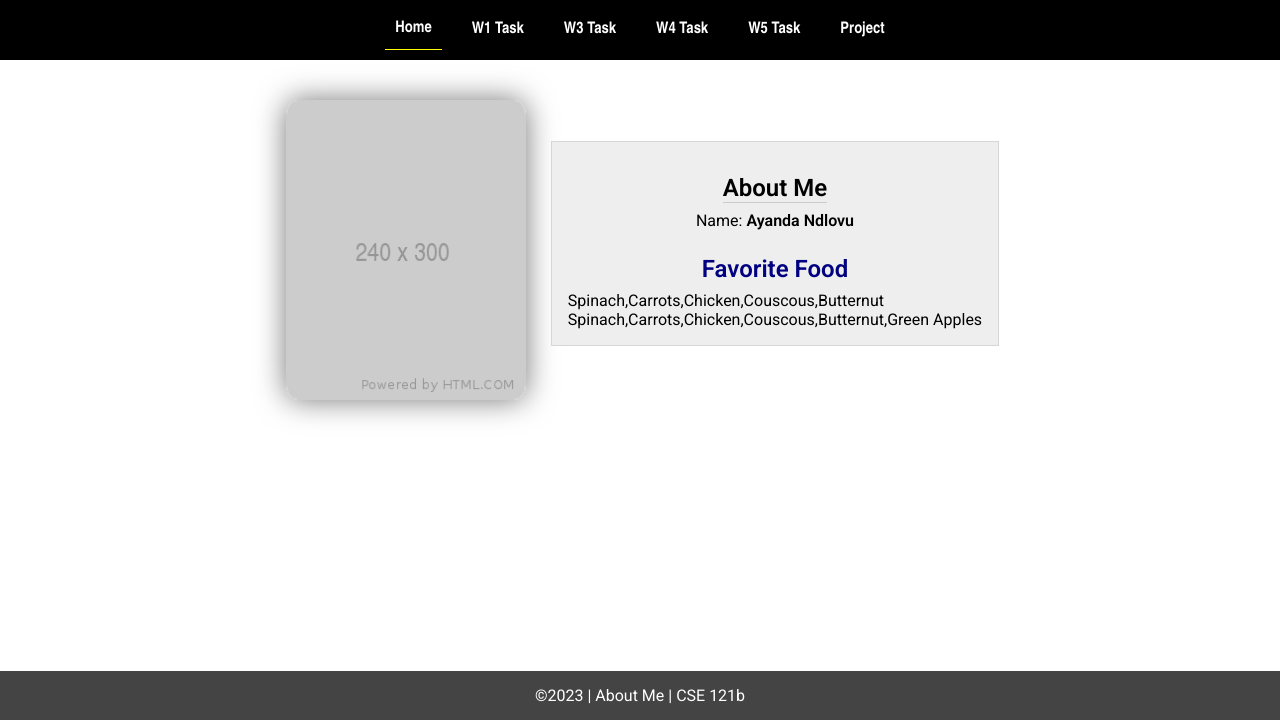
Repository: mszakutumela/cse121b
Page: index.html
These files come from the project's save history. The page is drawn as it stood at one moment and after a run of saves; the edit follows.
The browser window is 1280 px wide. The pictures show the whole page.

Above is the page before, as saved 2023-10-07 15:50:40.

After the next 3 saves:
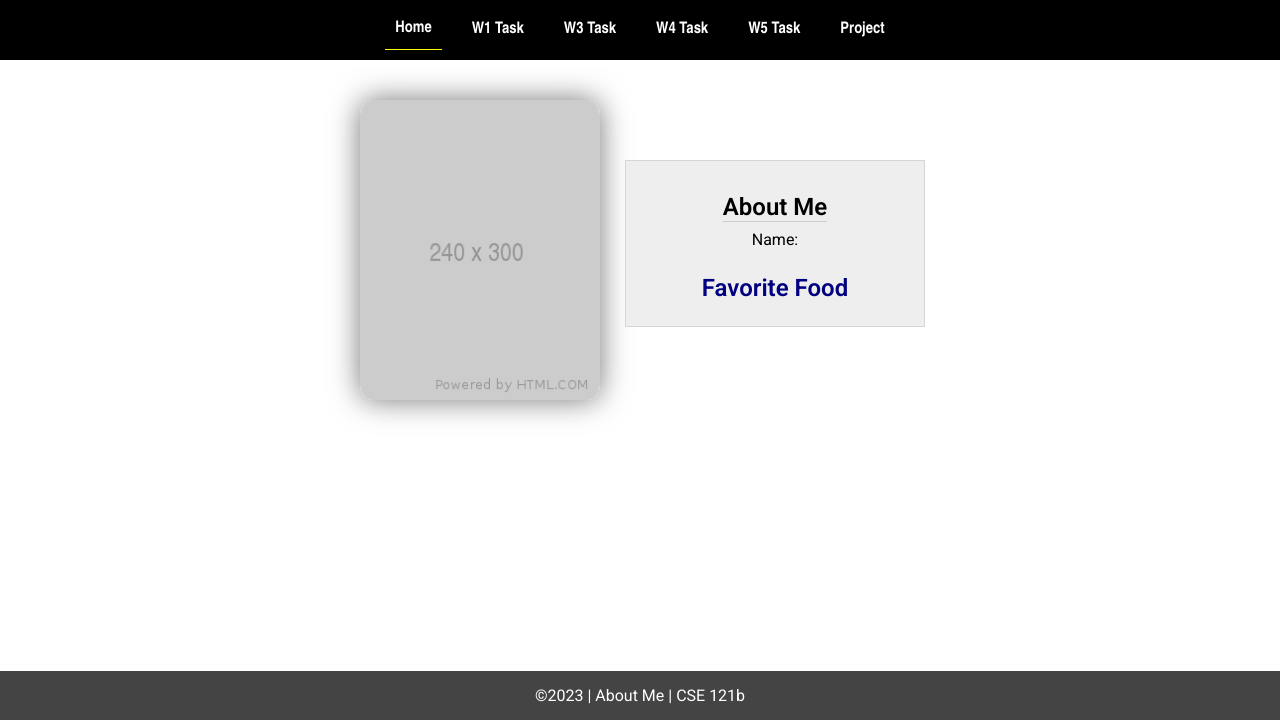
Console error: SyntaxError: Unexpected end of input
The 3 saves are shown as one change because they came seconds apart.
The last was saved 25 s later.
--- a/scripts/w02-task.js
+++ b/scripts/w02-task.js
@@ -28,7 +28,7 @@
 foodElement.innerHTML += `<br>${favoriteFoods}`;
 
 let elements = favoriteFoods.length;
-
+favoriteFoods.
 
 // favoriteFoods.pop(0);
 // foodElement.innerHTML += `<br>${favoriteFoods}`;

After the save that followed:
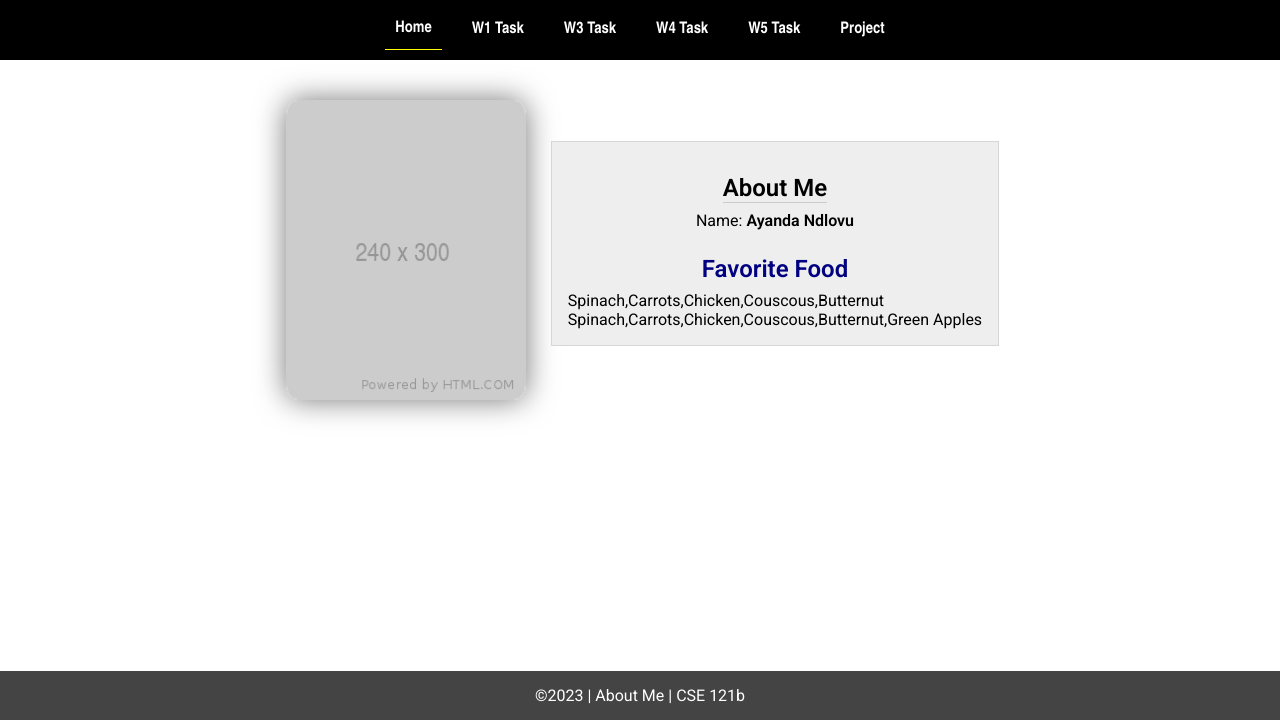
The error is gone.
Saved 4 s later.
--- a/scripts/w02-task.js
+++ b/scripts/w02-task.js
@@ -28,7 +28,7 @@
 foodElement.innerHTML += `<br>${favoriteFoods}`;
 
 let elements = favoriteFoods.length;
-favoriteFoods.
+favoriteFoods.map
 
 // favoriteFoods.pop(0);
 // foodElement.innerHTML += `<br>${favoriteFoods}`;
